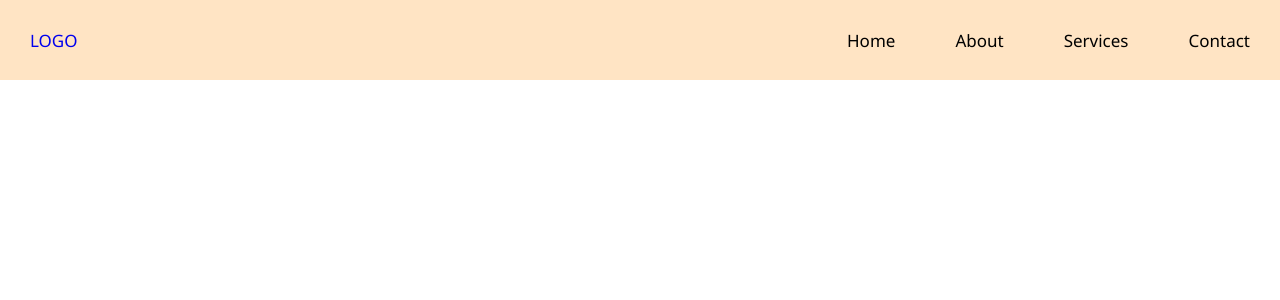
Repository: chanchalsaini/React-WUI
Page: /
An editor plug-in stored every save of this project. The page is shown before and after the next save, followed by the edit.
The browser window is 1280 px wide. The pictures show the whole page.
The project was rebuilt for these pictures with package versions that can differ from the ones it lists, and the page was loaded fresh each time.

Above is the page before, as saved 2020-09-21 22:03:57.

### src/index.js
import React from "react";
import ReactDOM from "react-dom";

import App from "./App";
import * as serviceWorker from "./serviceWorker";

ReactDOM.render(
  <React.StrictMode>
    <App />
  </React.StrictMode>,
  document.getElementById("root")
);

serviceWorker.unregister();

### src/App.js
import React, { Fragment } from "react";
import Navbar from "./components/Navbar";
import Landing from "./components/Landing";

import "./App.css";

function App() {
  return (
    <Fragment>
      <Navbar />
      <Landing />
    </Fragment>
  );
}

export default App;

### src/components/Navbar.js
import React from "react";

function Navbar() {
  return (
    <header>
      <a href='/' className='logo'>
        LOGO
      </a>
      <ul className='links'>
        <a href='#' className='link'>
          <li>Home</li>
        </a>
        <a href='#' className='link'>
          <li>About</li>
        </a>
        <a href='#' className='link'>
          <li>Services</li>
        </a>
        <a href='#' className='link'>
          <li>Contact</li>
        </a>
      </ul>
    </header>
  );
}

export default Navbar;

### src/components/Landing.js
import React, { Fragment } from "react";

function Landing() {
  return (
    <Fragment>
      <section className='landing'></section>
    </Fragment>
  );
}

export default Landing;

### src/App.css
* {
  margin: 0px;
  font-family: "Segoe UI", Tahoma, Geneva, Verdana, sans-serif;
}
header {
  background-color: bisque;
  display: flex;
  justify-content: space-between;
  align-items: center;
  position: fixed;
  width: 100%;
  height: 80px;
}
.logo {
  text-decoration: none;
  margin-left: 30px;
  font-size: 17px;
}
.links {
  list-style: none;
  display: flex;
  align-items: center;
}
.link {
  text-decoration: none;
  color: black;
  margin: 0px 30px;
  font-size: 17px;
}
.landing {
  position: relative;
  top: 80px;
  background-color: blue;
}

Loaded but not shown: public/index.html (common file); src/serviceWorker.js (common file)

After the next save:
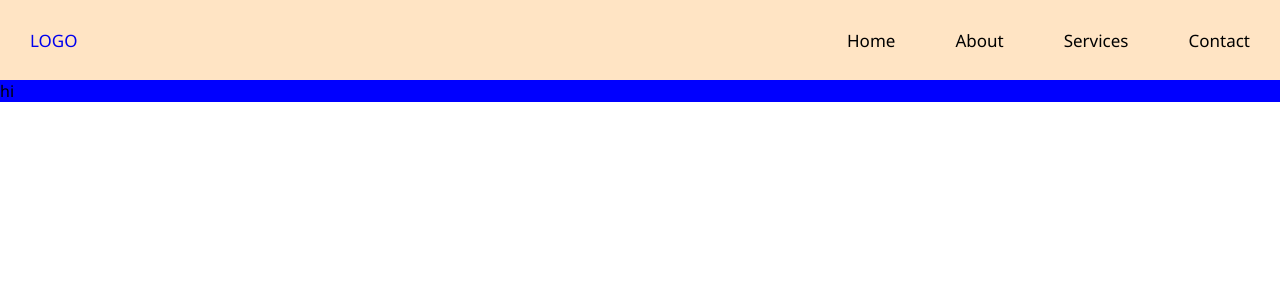
Saved 26 s later.
--- a/src/components/Landing.js
+++ b/src/components/Landing.js
@@ -3,7 +3,7 @@ import React, { Fragment } from "react";
 function Landing() {
   return (
     <Fragment>
-      <section className='landing'></section>
+      <section className='landing'>hi</section>
     </Fragment>
   );
 }

After the 3 saves that followed:
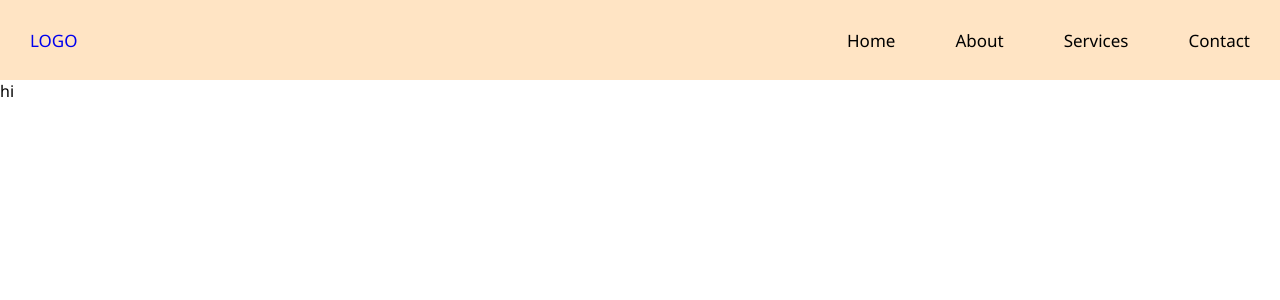
The 3 saves are shown as one change because 1 left the picture as it was and some came seconds apart.
The last was saved 17 s later.
--- a/src/App.css
+++ b/src/App.css
@@ -30,5 +30,4 @@ header {
 .landing {
   position: relative;
   top: 80px;
-  background-color: blue;
 }
